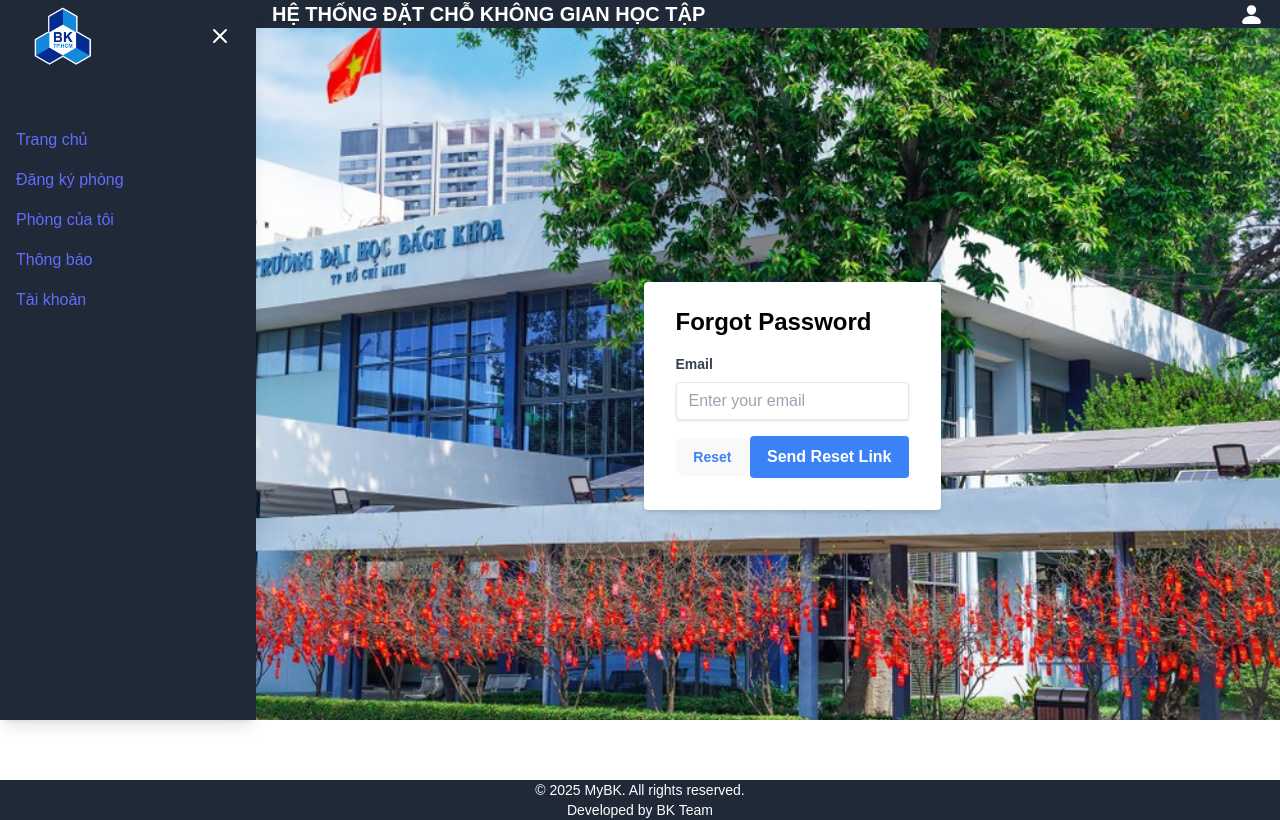
Repository: CNPM-S3MRS/frontend-web
Page: /forgotpwd
An editor plug-in stored every save of this project. The page is shown before and after a run of saves, followed by the edit.
The browser window is 1280 px wide. The pictures show the whole page.
The project was rebuilt for these pictures with package versions that can differ from the ones it lists, and the page was loaded fresh each time. Also part of the build but not shown: vite.config.js, src/pages/auth/Login.jsx, src/components/card/NotificationCard.jsx, src/components/pagination/Pagination.jsx, src/components/dropdownmenu/DropdownList.jsx, src/pages/notification/notification.jsx, src/components/card/DisplayCard.jsx, src/pages/homepage/Homepage.jsx.

Above is the page before, as saved 2025-04-11 00:21:53.

### src/App.jsx
import { BrowserRouter as Router, Routes, Route } from 'react-router-dom';
import Login from '@/pages/auth/Login';
import Notification from './pages/notification/notification';
import Homepage from "./pages/homepage/Homepage";
import Forgot from "./pages/forgotpwd/Forgot";

function App() {
  return (
    <Router>
      <Routes>
        <Route path="/login" element={<Login />} />
        <Route path="/homepage" element={<Homepage />} />
        <Route path="/notification" element={<Notification />} /> {/* Add this route */}
        <Route path="/forgotpwd" element={<Forgot />} /> {/* Add this route */}
        <Route path="/" element={<div>Trang chủ</div>} />
      </Routes>
    </Router>
  );
}

export default App;

### src/index.css
@tailwind base;
@tailwind components;
@tailwind utilities;


:root {
  font-family: system-ui, Avenir, Helvetica, Arial, sans-serif;
  line-height: 1.5;
  font-weight: 400;

  color-scheme: light dark;
  color: rgba(255, 255, 255, 0.87);
  background-color: #242424;

  font-synthesis: none;
  text-rendering: optimizeLegibility;
  -webkit-font-smoothing: antialiased;
  -moz-osx-font-smoothing: grayscale;
}

a {
  font-weight: 500;
  color: #646cff;
  text-decoration: inherit;
}
a:hover {
  color: #535bf2;
}

/* body {
  margin: 0;
  display: flex;
  place-items: center;
  min-width: 320px;
  min-height: 100vh;
} */

h1 {
  font-size: 3.2em;
  line-height: 1.1;
}

.header-button {
  background: none;
  border: none;
  color: inherit;
  cursor: pointer;
  padding: 0;
  display: inline-flex;
  align-items: center;
  justify-content: center;
}


.sidebar-button {
  background: none;
  border: none;
  color: inherit;
  cursor: pointer;
  padding: 0.5rem;
  display: inline-flex;
  align-items: center;
  justify-content: center;
}

.pagination {
  display: flex;

}

.pagination button,
.pagination span {
  display: flex;
  align-items: center;
  justify-content: center;
  min-width: 2.5rem;
  height: 2.5rem;
  font-size: 1rem;
  font-weight: 500;
  background-color: transparent;
  border: none;
  color: #000;
  cursor: pointer;
}

.pagination span {
  color: #000;
}

button {
  border-radius: 8px;
  border: 1px solid transparent;
  padding: 0.6em 1.2em;
  font-size: 1em;
  font-weight: 500;
  font-family: inherit;
  background-color: #1a1a1a;
  cursor: pointer;
  transition: border-color 0.25s;
}
button:hover {
  border-color: #646cff;
}
button:focus,
button:focus-visible {
  outline: 4px auto -webkit-focus-ring-color;
}
h1 {
  font-size: 1.5rem;
  font-weight: bold;
  margin-bottom: 1rem;
}
body {
  font-family: Arial, sans-serif;
  background-color: transparent;
  color: #000000;
}

input[type="checkbox"] {
  width: 1rem;
  height: 1rem;
}

@media (prefers-color-scheme: light) {
  :root {
    color: #213547;
    background-color: #ffffff;
  }
  a:hover {
    color: #747bff;
  }
  button {
    background-color: #f9f9f9;
  }
}

### src/pages/forgotpwd/Forgot.jsx
import React, {useState}from "react";
import ForgotPassword from "../../components/form/ForgotPassword";
import Header from "../../components/header/Header";
import Footer from "../../components/footer/Footer";
import Sidebar from "../../components/bars/Sidebar";
import BKbg from "../../assets/bk-bg.jpg"; // Import your background image

const Forgot = () => {
    const [isSidebarOpen, setIsSidebarOpen] = useState(true);

      return (
        <div className="container flex flex-col h-screen bg-cover bg-center"
        style={{
            backgroundImage: `url(${BKbg})`,
            backgroundSize: "cover",
          }}
        >
          {/* Header */}
          <Header isSidebarOpen={isSidebarOpen} setIsSidebarOpen={setIsSidebarOpen} />

          <div className="flex flex-grow">
            {/* Sidebar */}
            <Sidebar isSidebarOpen={isSidebarOpen} setIsSidebarOpen={setIsSidebarOpen} />

            {/* Main Content */}
            <div
              className={`flex-grow p-4 transition-all duration-300 ${
                isSidebarOpen ? "lg:pl-80" : "pl-4"
              }`}
            >
              {/* Forgot Password */}
              <ForgotPassword />
            </div>
          </div>
          {/* Footer */}
          <Footer />
        </div>
      );
};

export default Forgot;

### src/components/bars/Sidebar.jsx
import React from "react";
import { NavLink } from "react-router-dom";
import LogoBK from "../../assets/LogoBK.jpg"; // Adjust the path as necessary
const Sidebar = ({ isSidebarOpen, setIsSidebarOpen }) => {
  return (
    <div
      className={`fixed inset-y-0 left-0 w-64 bg-gray-800 text-white shadow-lg z-50 transform ${
        isSidebarOpen ? "translate-x-0" : "-translate-x-full"
      } transition-transform duration-300`}
    >
      <div className="flex items-center content-center">
        <img src={LogoBK} alt="Logo" className="w-17 h-20 object-contain" />
      </div>
      {/* Close Button */}
      <button
        onClick={() => setIsSidebarOpen(false)}
        className="sidebar-button absolute top-4 right-4 text-white focus:outline-none"
        aria-label="Close Sidebar"
      >
        <svg
          xmlns="http://www.w3.org/2000/svg"
          width="24"
          height="24"
          fill="none"
          viewBox="0 0 24 24"
          stroke="currentColor"
        >
          <path
            strokeLinecap="round"
            strokeLinejoin="round"
            strokeWidth={2}
            d="M6 18L18 6M6 6l12 12"
          />
        </svg>
      </button>

      {/* Sidebar Links */}
      <ul className="mt-8 space-y-4 p-4">
        <li>
          <NavLink to="/" className="hover:text-gray-400">
            Trang chủ
          </NavLink>
        </li>
        <li>
          <NavLink to="/register-room" className="hover:text-gray-400">
            Đăng ký phòng
          </NavLink>
        </li>
        <li>
          <NavLink to="/my-rooms" className="hover:text-gray-400">
            Phòng của tôi
          </NavLink>
        </li>
        <li>
          <NavLink to="/notification" className="hover:text-gray-400">
            Thông báo
          </NavLink>
        </li>
        <li>
          <NavLink to="/account" className="hover:text-gray-400">
            Tài khoản
          </NavLink>
        </li>
      </ul>
    </div>
  );
};

export default Sidebar;

### src/components/header/Header.jsx
import React from "react";
import LogoBK from "../../assets/LogoBK.jpg"; // Adjust the path as necessary

const Header = ({ isSidebarOpen, setIsSidebarOpen }) => {
  return (
    <header
      className={`flex items-center justify-between px-4 bg-gray-800 text-white transition-all duration-300 ${
        isSidebarOpen ? "lg:pl-64" : "pl-4"
      }`}
    >
      {/* Left Section */}
      <div className="flex items-center space-x-2">
        {/* Conditionally hide Hamburger Menu and Logo */}
        {!isSidebarOpen && (
          <>
            {/* Hamburger Menu */}
            <button
              onClick={() => setIsSidebarOpen(!isSidebarOpen)}
              className="header-button focus:outline-none"
              aria-label="Toggle Sidebar"
            >
              <svg
                xmlns="http://www.w3.org/2000/svg"
                width="24"
                height="24"
                fill="currentColor"
                className="bi bi-list"
                viewBox="0 0 16 16"
              >
                <path
                  fillRule="evenodd"
                  d="M2.5 12a.5.5 0 0 1 .5-.5h10a.5.5 0 0 1 0 1H3a.5.5 0 0 1-.5-.5m0-4a.5.5 0 0 1 .5-.5h10a.5.5 0 0 1 0 1H3a.5.5 0 0 1-.5-.5m0-4a.5.5 0 0 1 .5-.5h10a.5.5 0 0 1 0 1H3a.5.5 0 0 1-.5-.5"
                />
              </svg>
            </button>

            {/* Logo */}
            <img src={LogoBK} alt="Logo" className="w-17 h-16 object-contain" />
          </>
        )}

        {/* Logo Text */}
        <span className="text-xl font-semibold pl-4">
          HỆ THỐNG ĐẶT CHỖ KHÔNG GIAN HỌC TẬP
        </span>
      </div>

      {/* Account */}
      <button
        className="header-button focus:outline-none"
        aria-label="Login"
        onClick={() =>
          (window.location.href =
            "https://sso.hcmut.edu.vn/cas/login?service=https://mybk.hcmut.edu.vn/my/homeSSO.action")
        }
      >
        <svg
          xmlns="http://www.w3.org/2000/svg"
          width="25"
          height="25"
          fill="currentColor"
          className="bi bi-person-circle"
          viewBox="0 0 16 16"
        >
          <path d="M3 14s-1 0-1-1 1-4 6-4 6 3 6 4-1 1-1 1zm5-6a3 3 0 1 0 0-6 3 3 0 0 0 0 6" />
          <path d="M8 8a2 2 0 1 0 0-4 2 2 0 0 0 0 4z" />
          <path
            fillRule="evenodd"
            d="M8 9a3 3 0 0 0-2.83 2h5.66A3 3 0 0 0 8 9z"
          />
        </svg>
      </button>
    </header>
  );
};

export default Header;

### src/components/footer/Footer.jsx
import React from "react";

const Footer = () => {
    return(
        <footer className="bg-gray-800 text-white">

            <div className="container mx-auto text-center">
                <p className="text-sm">&copy; {new Date().getFullYear()} MyBK. All rights reserved.</p>
                <p className="text-sm">Developed by BK Team</p>
            </div>
        </footer>
    );
};

export default Footer;

### src/components/form/ForgotPassword.jsx
import React from "react";

const ForgotPassword = () => {
    return (
        <div className="flex flex-col items-center justify-center h-screen">

        <form className="bg-white shadow-md rounded px-8 pt-6 pb-8 mb-4">
        <h1 className="text-2xl font-bold mb-4">Forgot Password</h1>
            <div className="mb-4">
            <label className="block text-gray-700 text-sm font-bold mb-2" htmlFor="email">
                Email
            </label>
            <input
                type="email"
                id="email"
                placeholder="Enter your email"
                className="shadow appearance-none border rounded w-full py-2 px-3 text-gray-700 leading-tight focus:outline-none focus:shadow-outline"
            />
            </div>
            <div className="flex items-center justify-between">
            <button
                type="button"
                className="inline-block align-baseline font-bold text-sm text-blue-500 hover:text-blue-800"
                >
                    Reset
                </button>
            <button
                type="submit"
                className="bg-blue-500 hover:bg-blue-700 text-white font-bold py-2 px-4 rounded focus:outline-none focus:shadow-outline"
            >
                Send Reset Link
            </button>
            </div>
        </form>
        </div>
    );
};

export default ForgotPassword;

### tailwind.config.js
/** @type {import('tailwindcss').Config} */
module.exports = {
  content: ["./src/**/*.{js,jsx,ts,tsx}"], // Include all source files
  theme: {
    extend: {},
  },
  plugins: [],
};

Loaded but not shown: index.html (common file); src/main.jsx (common file)

After the next 3 saves:
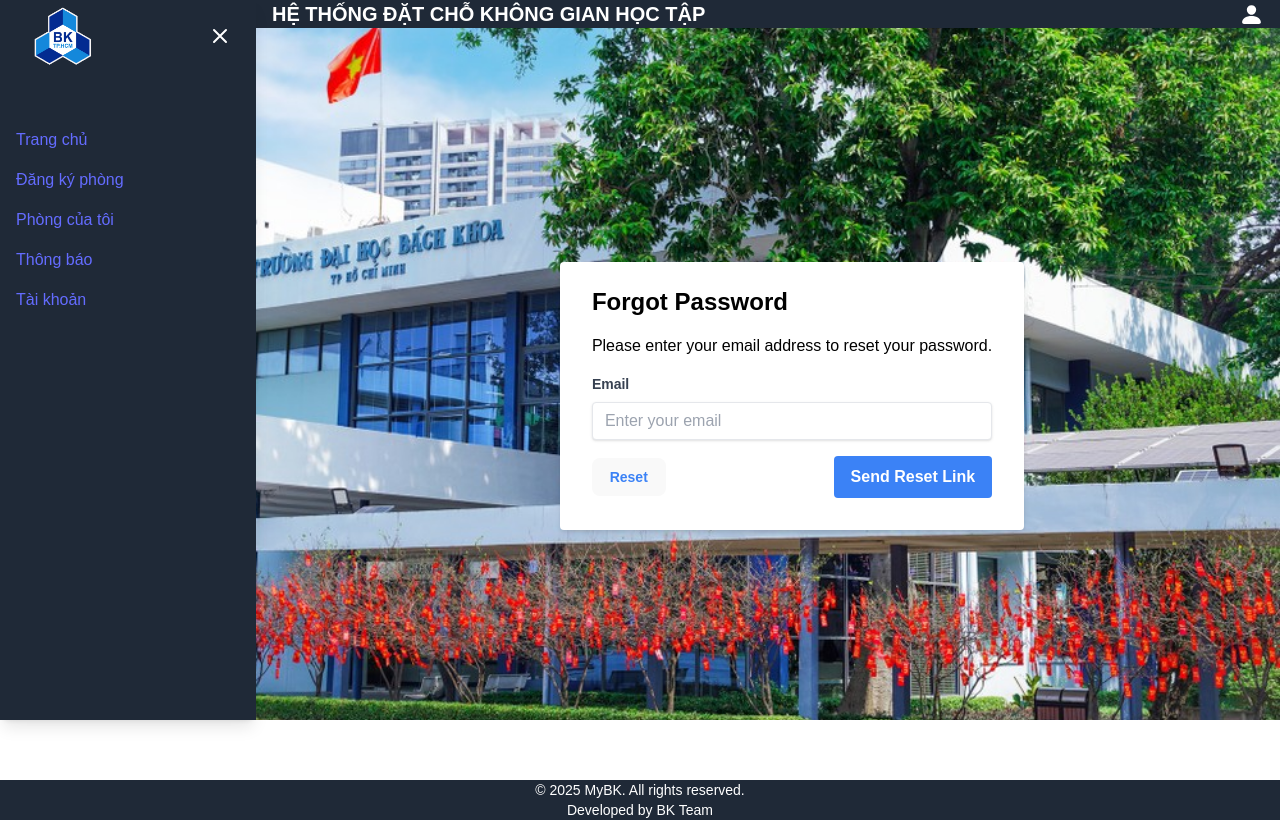
The 3 saves are shown as one change because they came seconds apart.
The last was saved 14 s later.
--- a/src/components/form/ForgotPassword.jsx
+++ b/src/components/form/ForgotPassword.jsx
@@ -6,6 +6,7 @@ const ForgotPassword = () => {
 
         <form className="bg-white shadow-md rounded px-8 pt-6 pb-8 mb-4">
         <h1 className="text-2xl font-bold mb-4">Forgot Password</h1>
+        <p className="mb-4">Please enter your email address to reset your password.</p>
             <div className="mb-4">
             <label className="block text-gray-700 text-sm font-bold mb-2" htmlFor="email">
                 Email
